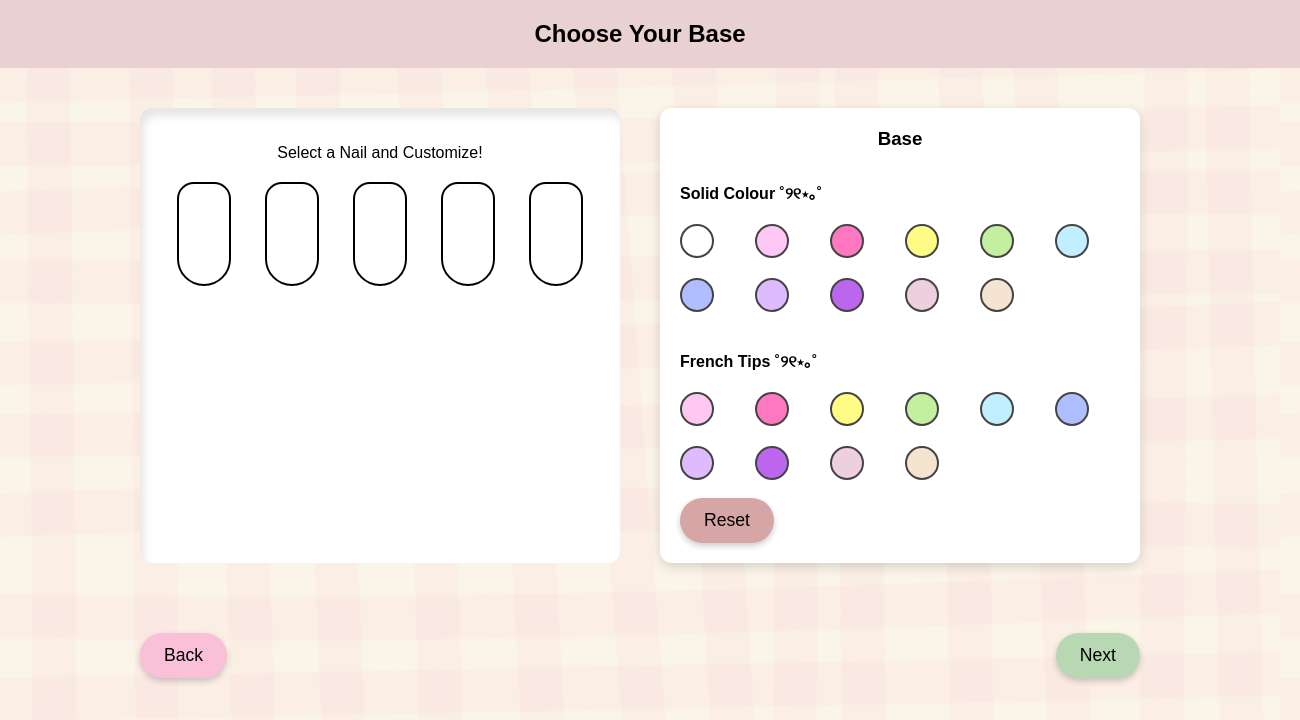
Repository: amolwalia/Fluidity-Lab
Page: base-paint.html
An editor plug-in stored every save of this project. The page is shown before and after the next save, followed by the edit.
The browser window is 1280 px wide. The page is 1300 px wide, so the pictures cover 1300 px, including what lies to the right of the window. The pictures show the whole page.

Above is the page before, as saved 2025-05-11 19:13:35.

After the next save:
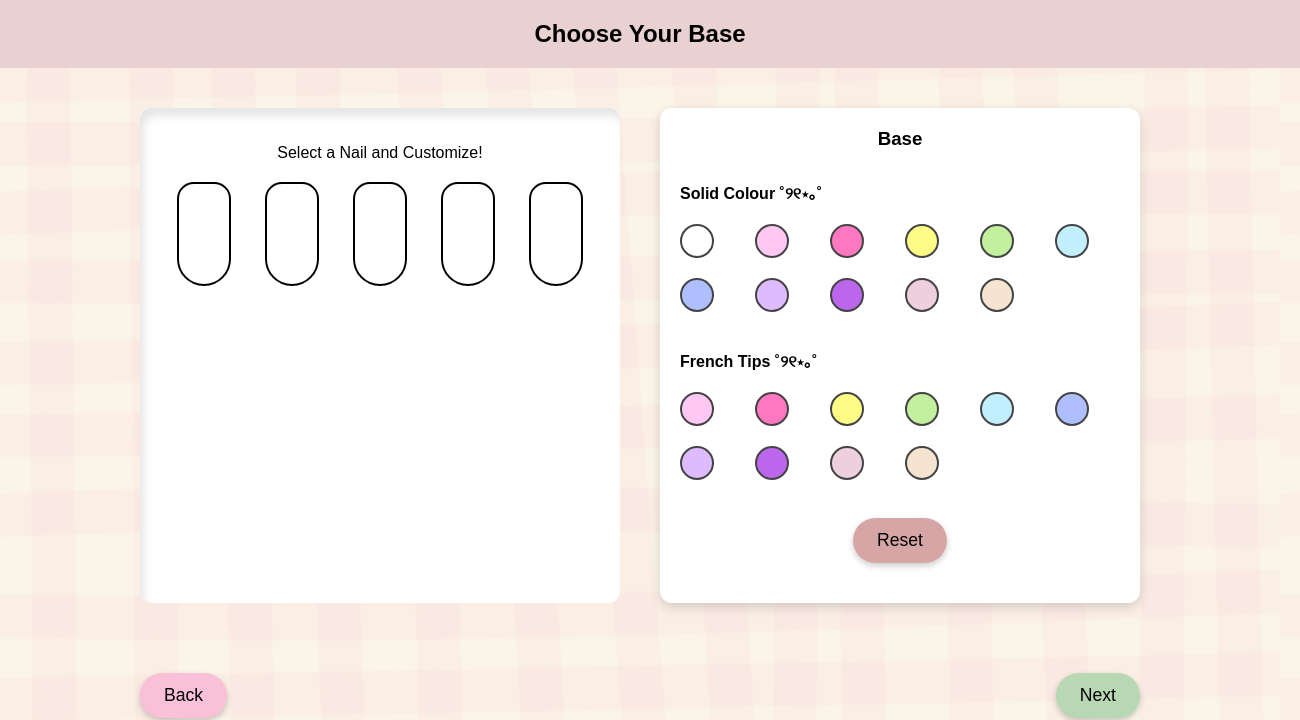
Saved 4 s later.
--- a/styles/basepaints.css
+++ b/styles/basepaints.css
@@ -66,10 +66,10 @@ strong.custom {
   margin-bottom: 30px;
 }
 
-.btn-brown {}
+.btn-brown {
     display: block;
     margin: 20px auto;
-  }
+
 
 }
 
